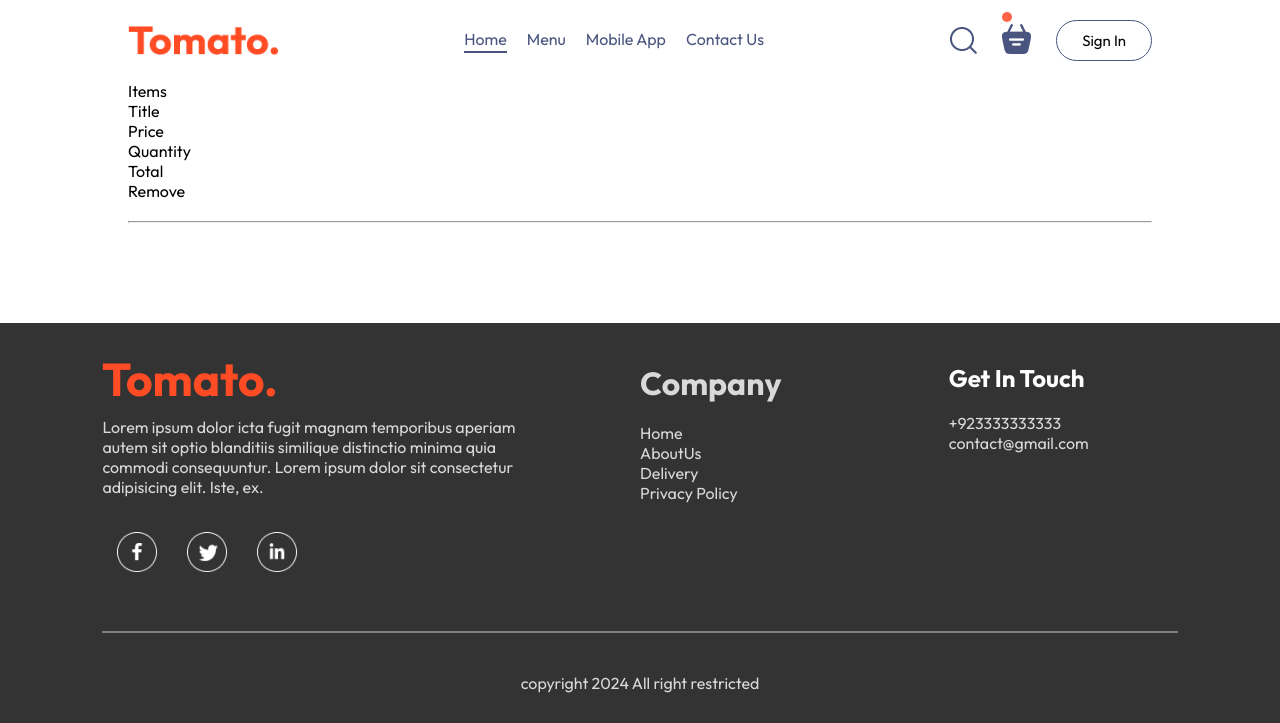
Repository: Attar786/Food-ordering-app
Page: /cart (app in frontend/)
An editor plug-in stored every save of this project. The page is shown before and after the next save, followed by the edit.
The browser window is 1280 px wide. The pictures show the whole page.
The project was rebuilt for these pictures with package versions that can differ from the ones it lists, and the page was loaded fresh each time. Also part of the build but not shown: frontend/vite.config.js, frontend/src/components/Header/Header.css, frontend/src/components/Header/Header.jsx, frontend/src/components/ExploreMenu/ExploreMenu.css, frontend/src/components/ExploreMenu/ExploreMenu.jsx, frontend/src/components/FoodDisplay/FoodDisplay.css, frontend/src/components/FoodItem/FoodItem.css, frontend/src/components/FoodItem/FoodItem.jsx and 8 more.

Above is the page before, as saved 2024-07-30 15:08:17.

After the next save:
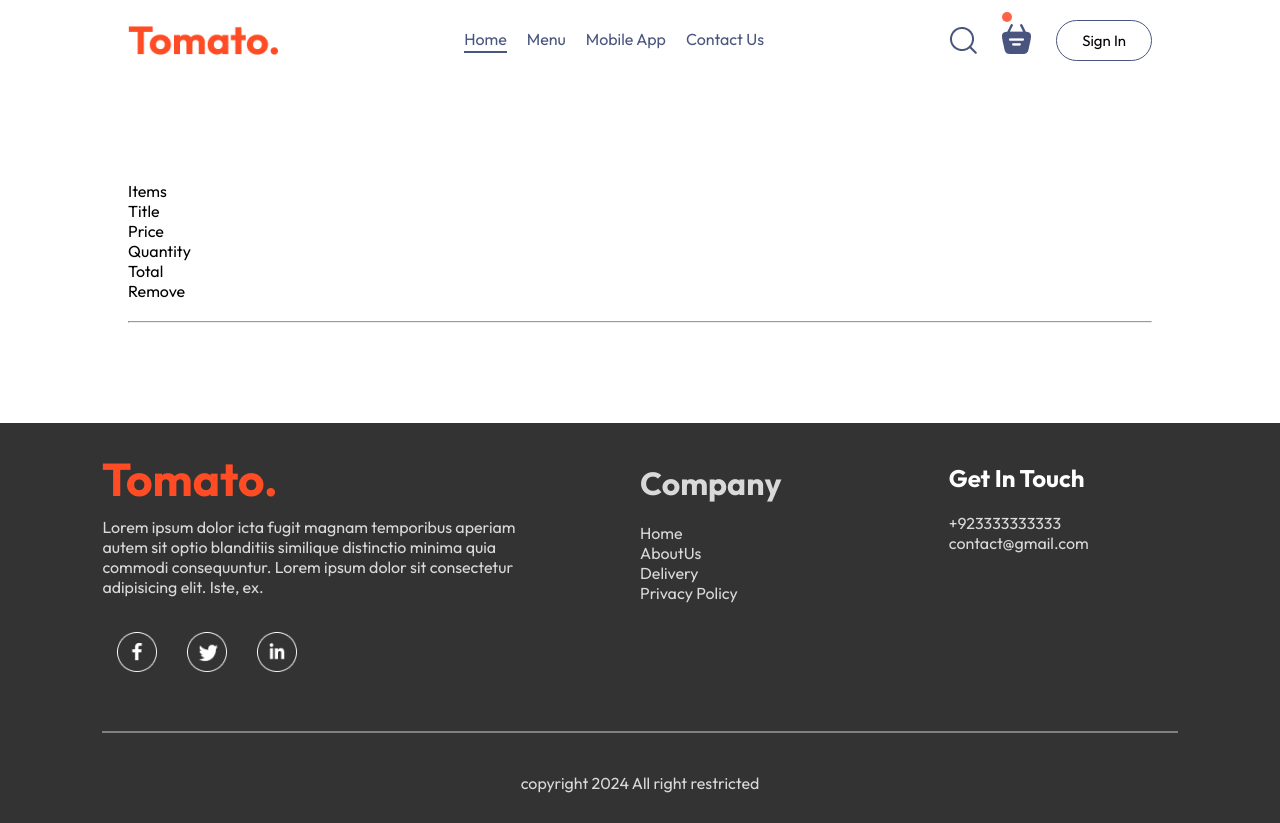
Saved 24 s later.
--- a/frontend/src/pages/Cart/Cart.css
+++ b/frontend/src/pages/Cart/Cart.css
@@ -1,3 +1,3 @@
-.Cart{
+.cart{
     margin-top: 100px;;
 }

After the save that followed:
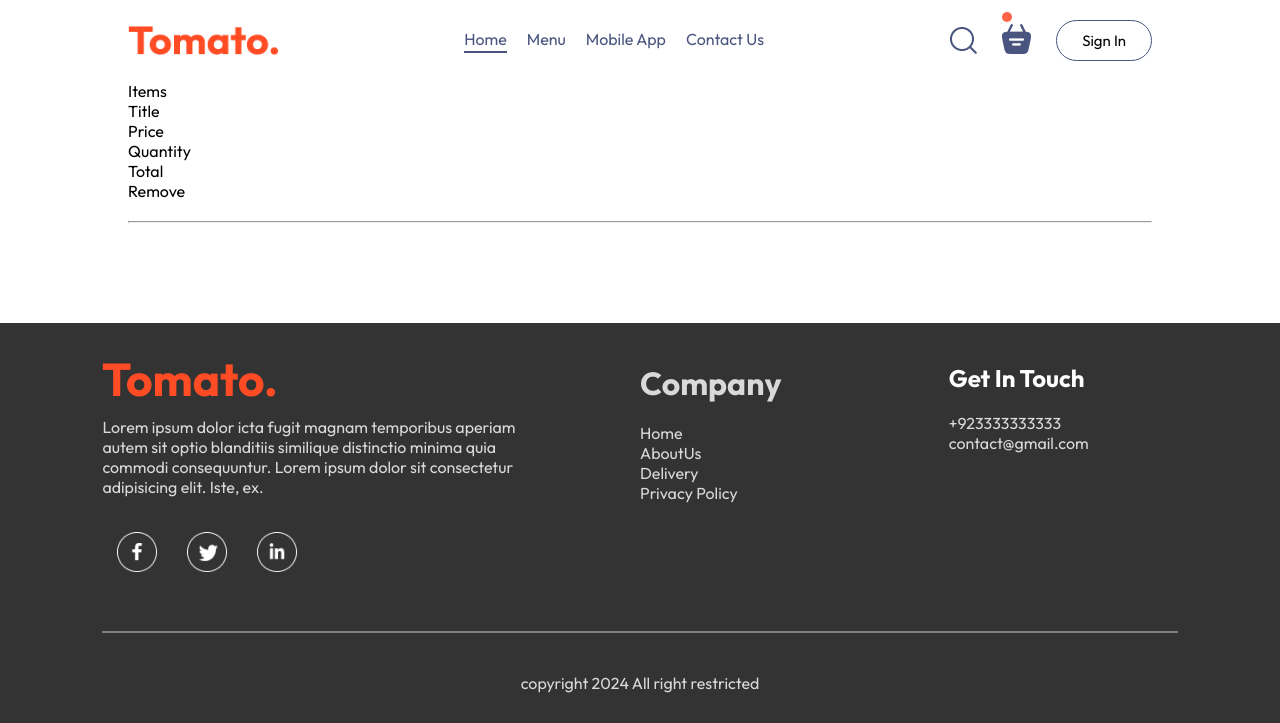
Saved 6 s later.
--- a/frontend/src/pages/Cart/Cart.css
+++ b/frontend/src/pages/Cart/Cart.css
@@ -1,3 +1,3 @@
-.cart{
+.Cart{
     margin-top: 100px;;
 }
